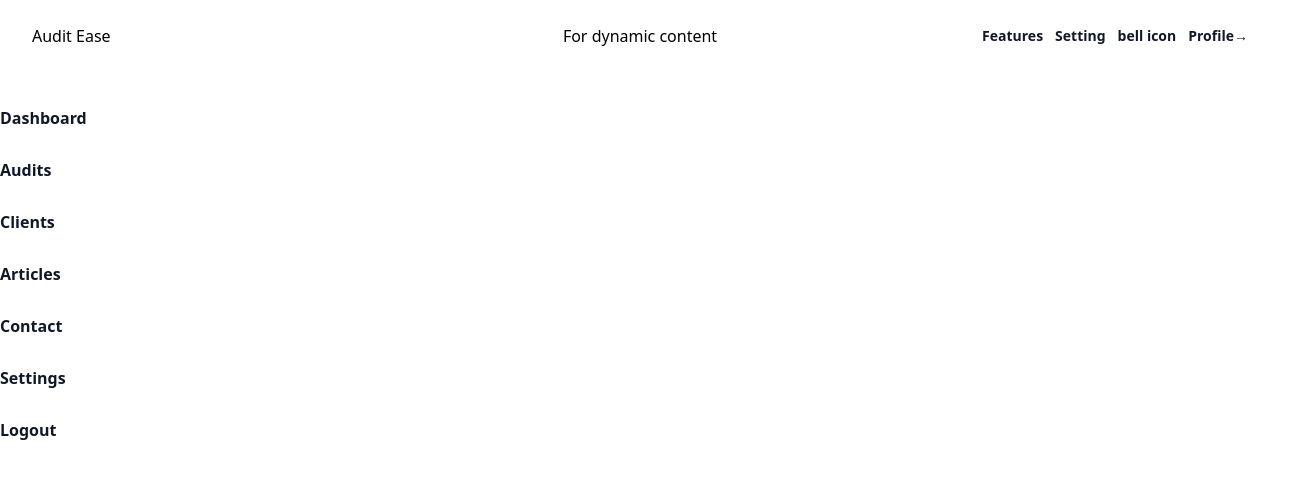
Repository: EclipticCode/Audit-Ease-FE
Page: /
These files come from the project's save history. The page is drawn as it stood at one moment and after the next save; the edit follows.
The browser window is 1280 px wide. The page is 1292 px wide, so the pictures cover 1292 px, including what lies to the right of the window. The pictures show the whole page.
The project was rebuilt for these pictures with package versions that can differ from the ones it lists, and the page was loaded fresh each time. Also part of the build but not shown: vite.config.js, Login.jsx.

Above is the page before, as saved 2025-03-27 19:34:12.

### index.html
<!doctype html>
<html lang="en">
  <head>
    <meta charset="UTF-8" />
    <link rel="icon" type="image/svg+xml" href="" />
    <meta name="viewport" content="width=device-width, initial-scale=1.0" />
    <title>Audit Ease</title>
  </head>
  <body>
    <div id="root"></div>
    <script type="module" src="/src/main.jsx"></script>
  </body>
</html>

### src/main.jsx
import React from "react";
import ReactDOM from "react-dom/client";
import App from "./App";
import "./index.css"; // Ensure Tailwind styles are imported

ReactDOM.createRoot(document.getElementById("root")).render(
  <React.StrictMode>
    <App />
  </React.StrictMode>
);

### src/App.jsx
import React from 'react'
import Login from '../Login'
import Navbar from './Navbar'

const App = () => {
  return (
   <div>
      <Navbar/>
   </div>
  )
}

export default App

### src/index.css
@import url('https://fonts.googleapis.com/css2?family=Roboto:ital,wght@0,100..900;1,100..900&display=swap');

@import "tailwindcss";

@theme {
  --font-roboto: "Roboto", sans-serif;
  --font-weight-light: 300;
  --font-weight-normal: 400;
  --font-weight-medium: 500;
  --font-weight-semibold: 600;
  --font-weight-bold: 700;
  --color-soft-primary: #B2C4FB;
  --color-light-primary: #053ADA;
  --color-dark-primary: #032691;
  --color-deep-primary: #021655;
  --color-soft-seconday: #FFFFFF;
  --color-light-seconday: #B1B1B1;
  --color-dark-seconday: #263238;
  --color-deep-seconday: #000000;

}

### src/Navbar.jsx
import React from 'react'

const Navbar = () => {
  return (
    <div>
         <header className="bg-white">
      <nav aria-label="Global" className="mx-auto flex max-w-7xl items-center justify-between p-6 lg:px-8">
        <div className="flex lg:flex-1">
          <a href="#" className="-m-1.5 p-1.5">
            <span className="sr-only">Audit Ease</span>
            Audit Ease
          </a>
        </div>
        <div>
            For dynamic content
        </div>

        <div className="hidden lg:flex lg:flex-1 lg:justify-end">
        <div className='flex space-x-3'>
        <a href="#" className="text-sm/6 font-semibold text-gray-900">
            Features
          </a>
          <a href="#" className="text-sm/6 font-semibold text-gray-900">
            Setting
          </a>
          <a href="#" className="text-sm/6 font-semibold text-gray-900">
            bell icon
          </a>
          <a href="#" className="text-sm/6 font-semibold text-gray-900">
            Profile<span aria-hidden="true">&rarr;</span>
          </a>
        </div>
        </div>
      </nav>

        <div className="fixed inset-0 z-10" />
          <div className="mt-6 flow-root">
            <div className="-my-6 divide-y divide-gray-500/10">
              <div className="space-y-2 py-6">
                <a
                  href="#"
                  className="-mx-3 block rounded-lg px-3 py-2 text-base/7 font-semibold text-gray-900 hover:bg-gray-50"
                >
                  Dashboard
                </a>
                <a
                  href="#"
                  className="-mx-3 block rounded-lg px-3 py-2 text-base/7 font-semibold text-gray-900 hover:bg-gray-50"
                >
                  Audits
                </a>
                <a
                  href="#"
                  className="-mx-3 block rounded-lg px-3 py-2 text-base/7 font-semibold text-gray-900 hover:bg-gray-50"
                >
                  Clients
                </a>
                <a
                  href="#"
                  className="-mx-3 block rounded-lg px-3 py-2 text-base/7 font-semibold text-gray-900 hover:bg-gray-50"
                >
                  Articles
                </a>
                <a
                  href="#"
                  className="-mx-3 block rounded-lg px-3 py-2 text-base/7 font-semibold text-gray-900 hover:bg-gray-50"
                >
                  Contact
                </a>
                <a
                  href="#"
                  className="-mx-3 block rounded-lg px-3 py-2 text-base/7 font-semibold text-gray-900 hover:bg-gray-50"
                >
                  Settings
                </a>
                <a
                  href="#"
                  className="-mx-3 block rounded-lg px-3 py-2 text-base/7 font-semibold text-gray-900 hover:bg-gray-50"
                >
                  Logout
                </a>
              </div>
            </div>
          </div>

    </header>
    </div>
  )
}

export default Navbar

After the next save:
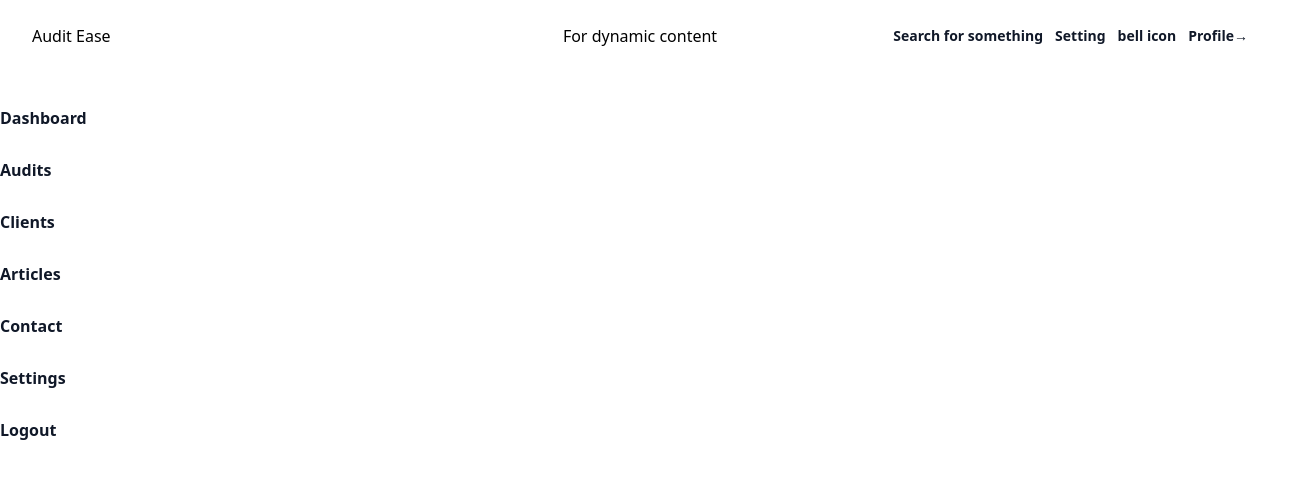
Saved 8 s later.
--- a/src/Navbar.jsx
+++ b/src/Navbar.jsx
@@ -18,7 +18,7 @@ const Navbar = () => {
         <div className="hidden lg:flex lg:flex-1 lg:justify-end">
         <div className='flex space-x-3'>
         <a href="#" className="text-sm/6 font-semibold text-gray-900">
-            Features
+            Search for something
           </a>
           <a href="#" className="text-sm/6 font-semibold text-gray-900">
             Setting
